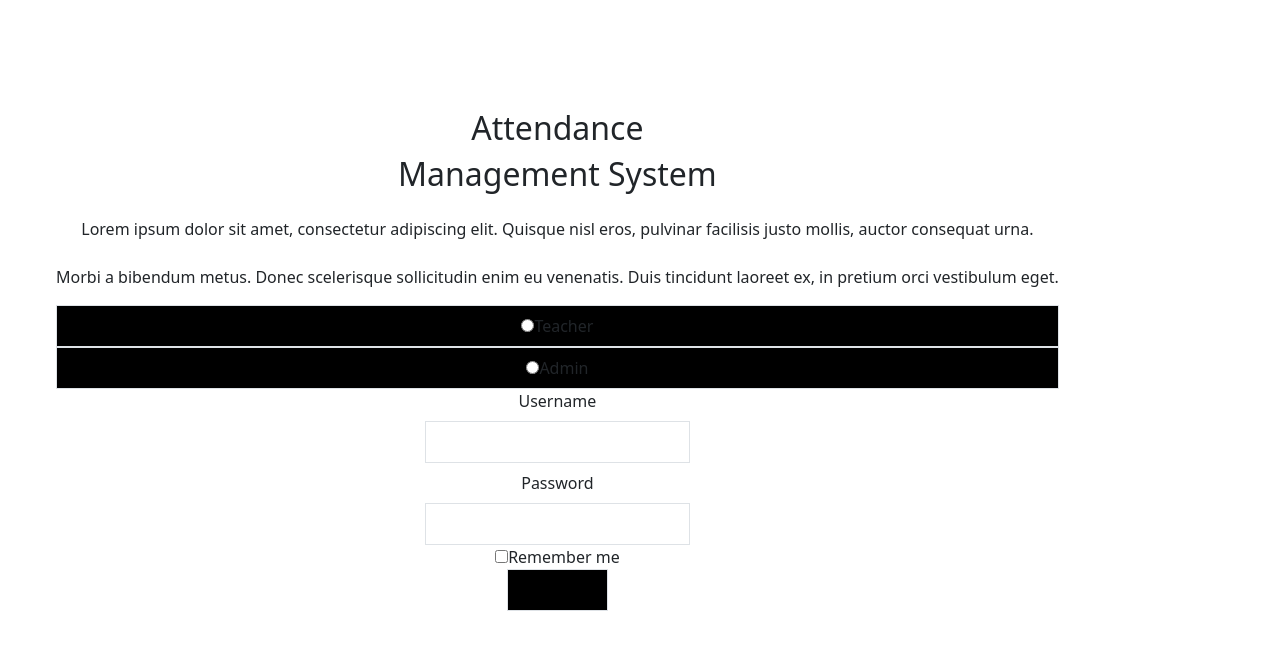
Repository: kimberly4542/Attendance
Page: /login
The author's editor kept a copy of each file at every save. The page is drawn from the files as they stood at one save, then again after the next save.
The browser window is 1280 px wide. The pictures show the whole page.
Some web libraries are served in a nearby version. The project was rebuilt for these pictures with package versions that can differ from the ones it lists, and the page was loaded fresh each time. Also part of the build but not shown: vite.config.ts.

Above is the page before, as saved 2024-08-28 11:43:22.

After the next save:
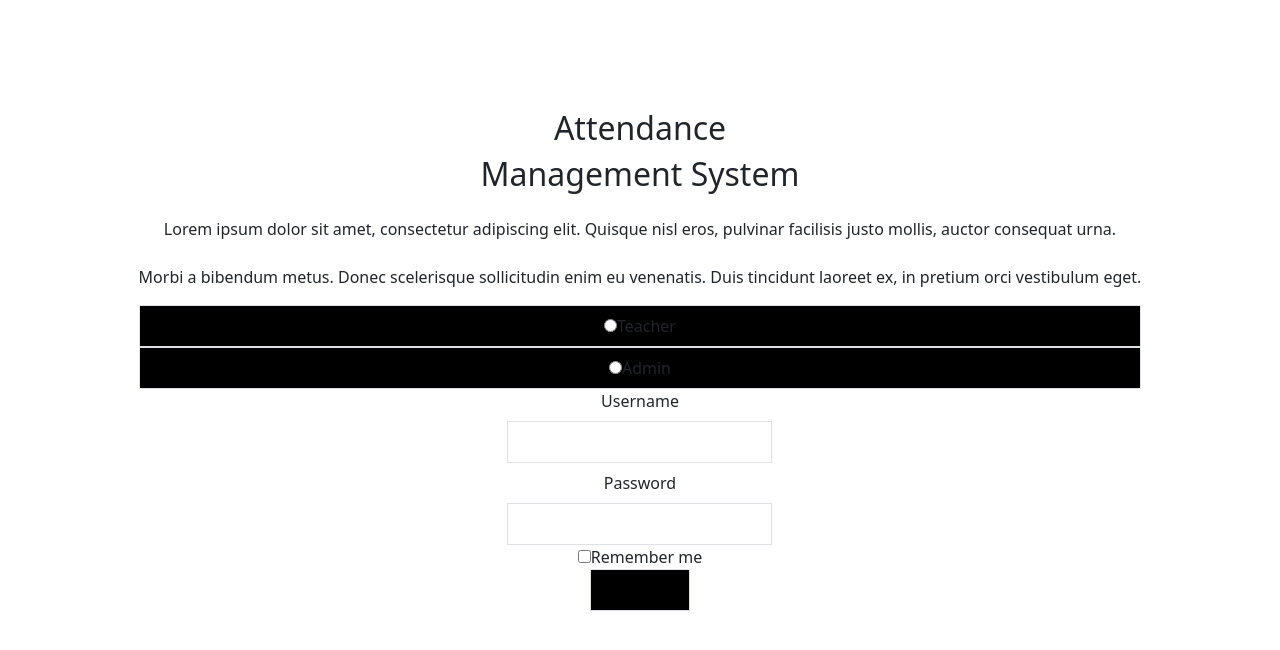
Saved 61 s later.
--- a/src/style.css
+++ b/src/style.css
@@ -60,7 +60,7 @@ button:focus-visible {
 
 #app {
   max-width: 1280px;
-  /* margin: 0 auto; */
+  margin: 0 auto;
   padding: 2rem;
   text-align: center;
 }
